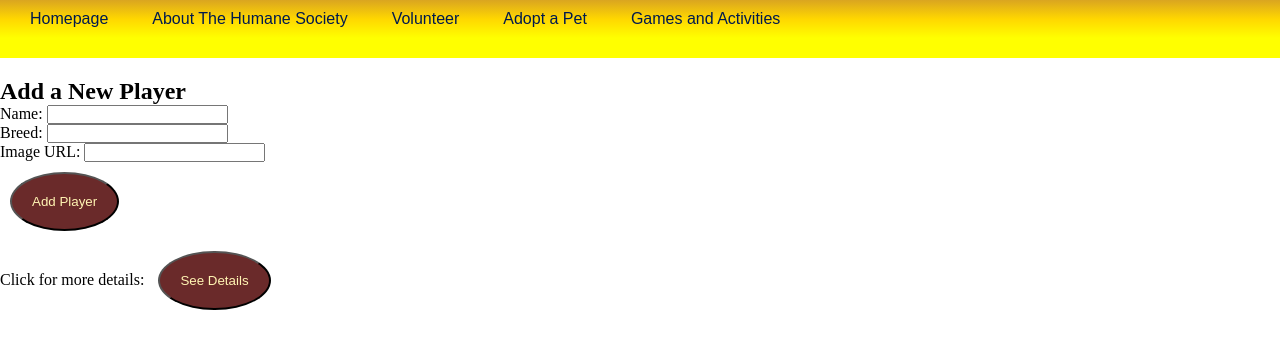
Repository: StaceyS27/puppybowl
Page: index.html
The author's editor kept a copy of each file at every save. The page is drawn from the files as they stood at one save, then again after the next save.
The browser window is 1280 px wide. The pictures show the whole page.

Above is the page before, as saved 2023-09-03 13:58:12.
Console error: TypeError: Cannot read properties of null (reading 'addEventListener')

After the next save:
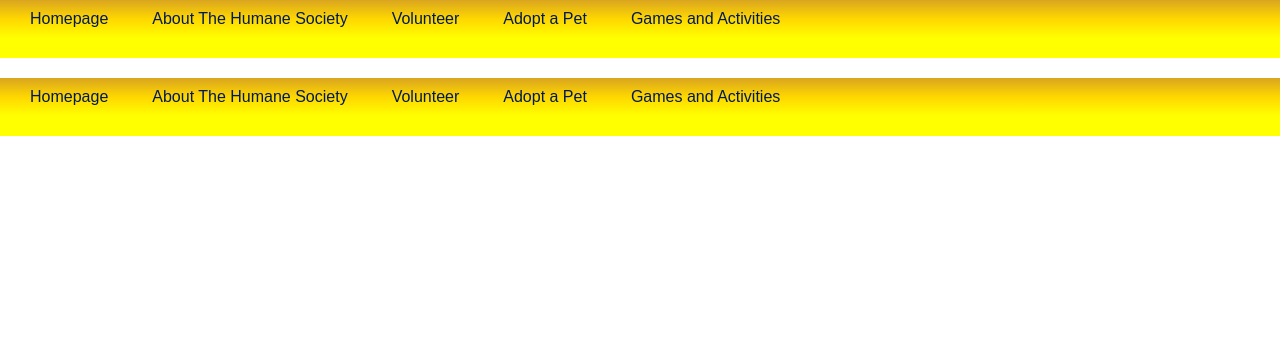
Saved 78 min 6 s later.
--- a/index.html
+++ b/index.html
@@ -19,32 +19,18 @@
     <main id="player-container"></main>
   </head>
   <body>
+    <nav>
+      <div class="navbar">
+        <a href=" ">Homepage</a>
+        <a href=" ">About The Humane Society</a>
+        <a href=" ">Volunteer</a>
+        <a href=" ">Adopt a Pet</a>
+        <a href=" ">Games and Activities</a>
+      </div>
+    </nav>
     <form id="new-player-form"></form>
-    <h2>Add a New Player</h2>
-    <label for="name">Name:</label>
-    <input type="text" id="name" name="name" required /><br />
-    <label for="breed">Breed:</label>
-    <input type="text" id="breed" name="breed" required /><br />
-    <label for="imageUrl">Image URL:</label>
-    <input type="text" id="imageUrl" name="imageUrl" required /><br />
-    <button type="submit">Add Player</button>
-    <main></main>
-    <form id="See Details"></form>
-    <label for="See Details">Click for more details:</label>
-    <button type="See details">See Details</button>
-    <!DOCTYPE html>
-    <html lang="en">
-      <head>
-        <meta charset="UTF-8" />
-        <meta http-equiv="X-UA-Compatible" content="IE=edge" />
-        <meta name="viewport" content="width=device-width, initial-scale=1.0" />
-        <link rel="stylesheet" href="styles.css" />
-        <title>PuppyBowl</title>
-      </head>
-      <body>
-        <script src="./script.js"></script>
-      </body>
-    </html>
+    <main id="player-container"></main>
+
     <script src="./script.js"></script>
   </body>
 </html>
